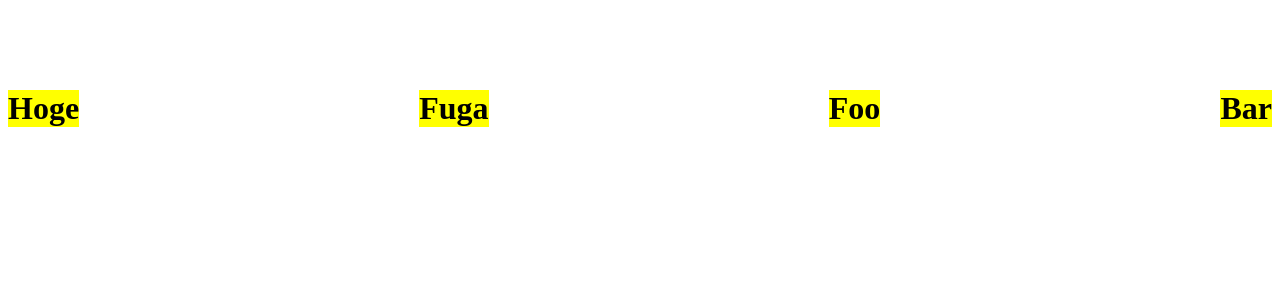
Repository: mizoguhi/mizoguhi
Page: 004_navigation/flex_navigation.html
The author's editor kept a record of every edit. The page is drawn from the files as they stood at one moment, then again after the next edit.
The browser window is 1280 px wide. The pictures show the whole page.

Above is the page before.

### 004_navigation/flex_navigation.html
<!DOCTYPE html>
<html lang="en">
<head>
    <meta charset="UTF-8">
    <meta name="viewport" content="width=device-width, initial-scale=1.0">
    <meta http-equiv="X-UA-Compatible" content="ie=edge">
    <title>Document</title>
    <style>
        #sort {
            display: flex;
            flex-direction: row;
            flex-wrap: wrap;
            justify-content: space-between;
            align-items: center;
            height: 200px;
        }
        #sort h1 {
            flex: 1 1 1 1;
        }

        .y { background-color: yellow; }
        .r { background-color: yellow; }
        .g { background-color: yellow; }
        .b { background-color: yellow; }
    </style>
</head>
<body>
    <div id="sort">
        <h1 class="y">Hoge</h1>
        <h1 class="r">Fuga</h1>
        <h1 class="b">Foo</h1>
        <h1 class="g">Bar</h1>
    </div>
</body>
</html>

After the next edit:
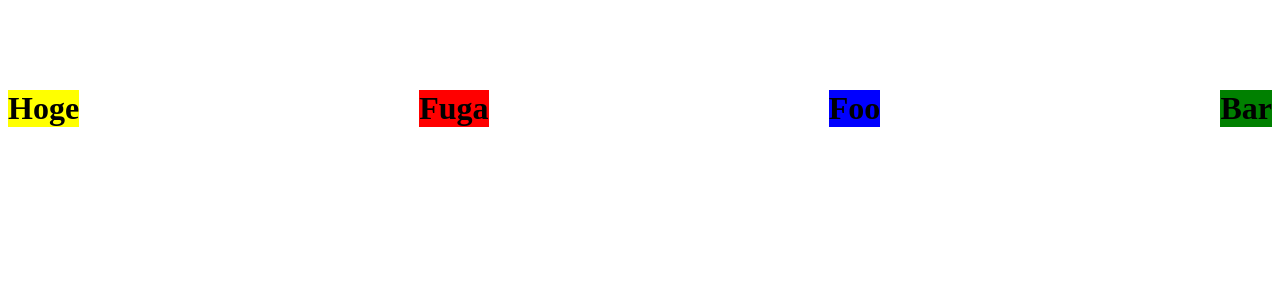
The edit:
--- a/004_navigation/flex_navigation.html
+++ b/004_navigation/flex_navigation.html
@@ -19,9 +19,9 @@
         }
 
         .y { background-color: yellow; }
-        .r { background-color: yellow; }
-        .g { background-color: yellow; }
-        .b { background-color: yellow; }
+        .r { background-color: red; }
+        .g { background-color: green; }
+        .b { background-color: blue; }
     </style>
 </head>
 <body>
